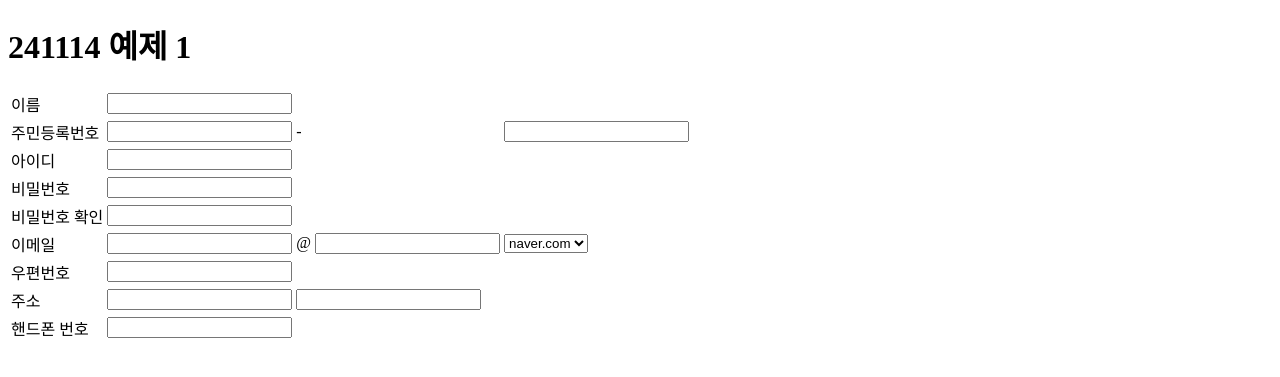
Repository: jsunnypi/JSP
Page: http://localhost/Test/inputForm.jsp
The author's editor kept a copy of each file at every save. The page is drawn from the files as they stood at one save, then again after the next save.
The browser window is 1280 px wide. The pictures show the whole page.
The page is served by Tomcat 9.

Above is the page before, as saved 2024-11-14 03:43:35.

### Test/src/main/webapp/inputForm.jsp
<%@ page language="java" contentType="text/html; charset=UTF-8"
    pageEncoding="UTF-8"%>
<!DOCTYPE html>
<html>
<head>
<meta charset="UTF-8">
<title>Insert title here</title>
</head>
<body>
	<h1>241114 예제 1</h1>
	<form method="post" action="inputlist.jsp">
		<table>
			<tr>
				<td> 이름 </td>
				<td>
					<input type="text" name="name" size="20">
				</td>
			</tr>

			<tr>
				<td> 주민등록번호 </td>
				<td>
					<input type="text" name="bd" size="20">
				</td>
				<td> - </td>
				<td>
					<input type="password" name="bd" size="20">
				</td>
			</tr>

			<tr>
				<td> 아이디 </td>
				<td>
					<input type="text" name="id" size="20">
				</td>
			</tr>

			<tr>
				<td> 비밀번호 </td>
				<td>
					<input type="password" name="pw" size="20">
				</td>
			</tr>

			<tr>
				<td> 비밀번호 확인 </td>
				<td>
					<input type="password" name="pwcheck" size="20">
				</td>
			</tr>

			<tr>
				<td> 이메일 </td>
				<td>
					<input type="text" name="email" size="20">
				</td>
				<td> @
					<input type="text" name="com" size=20>
				</td>
				<td>
					<select id="email" name="com" size="1">
						<option value="네이버">naver.com</option>
						<option value="다음">daum.net</option>
						<option value="구글">gmail.com</option>
						<option value="네이트">nate.com</option>
					</select>
				</td>
			</tr>

			<tr>
				<td> 우편번호 </td>
				<td>
					<input type="text" name="postnumber" size=20>
				</td>
			</tr>

			<tr>
				<td> 주소 </td>
				<td>
					<input type="text" name="addr" size=20>
				</td>
				<td>
					<input type="text" name="addr2" size=20>
				</td>
			</tr>

			<tr>
				<td> 핸드폰 번호 </td>
				<td>
					<input type="text" name="phone" size=20>
				</td>
			</tr>
























		</table>

	</form>

</body>
</html>

After the next save:
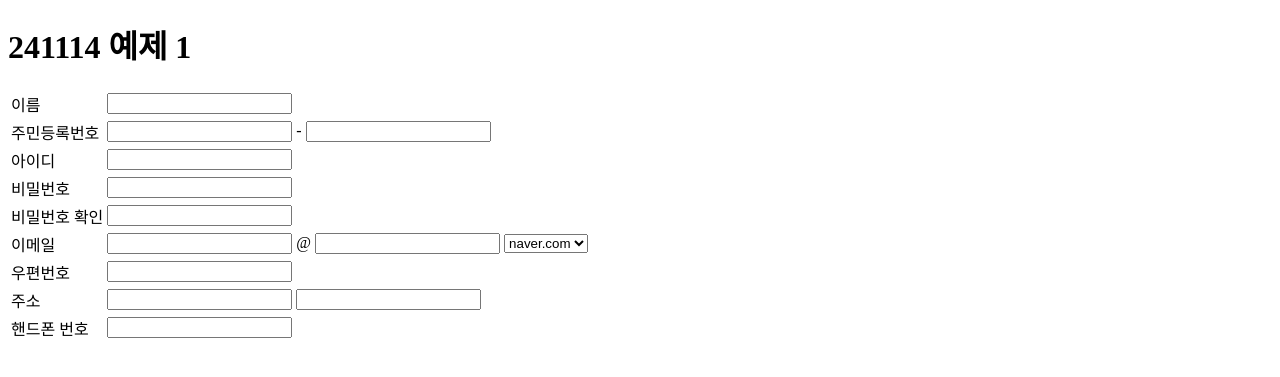
Saved 7 s later.
--- a/Test/src/main/webapp/inputForm.jsp
+++ b/Test/src/main/webapp/inputForm.jsp
@@ -22,8 +22,7 @@
 				<td>
 					<input type="text" name="bd" size="20">
 				</td>
-				<td> - </td>
-				<td>
+				<td> -
 					<input type="password" name="bd" size="20">
 				</td>
 			</tr>
